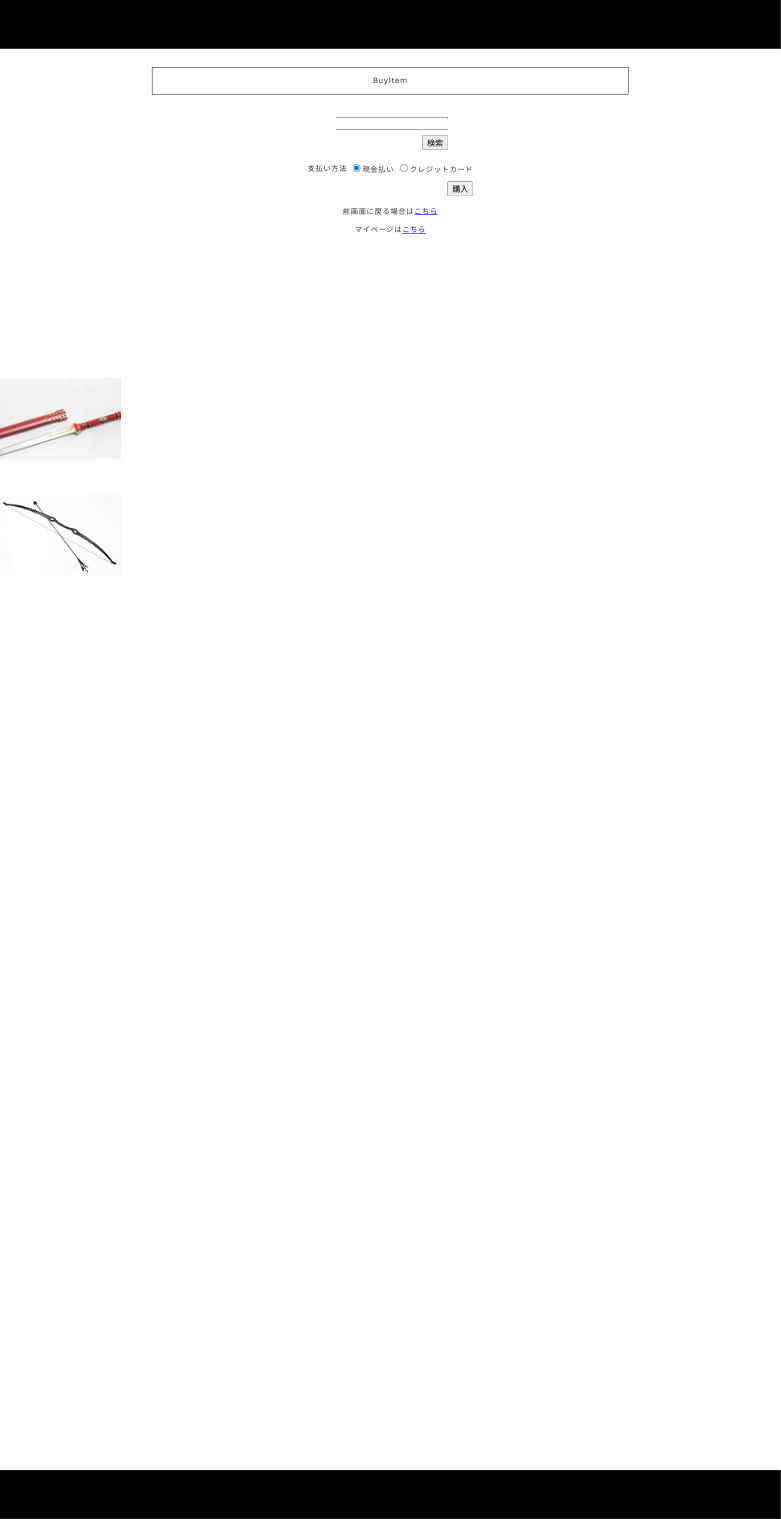
Repository: kanav0208/test
Page: http://localhost/ecsite/buyItem.jsp
These files come from the project's save history. The page is drawn as it stood at one moment and after the next save; the edit follows.
The browser window is 1280 px wide. The pictures show the whole page, at 61% of full size.
The page is served by Tomcat 9.

Above is the page before, as saved 2018-02-27 06:55:19.

After the next save:
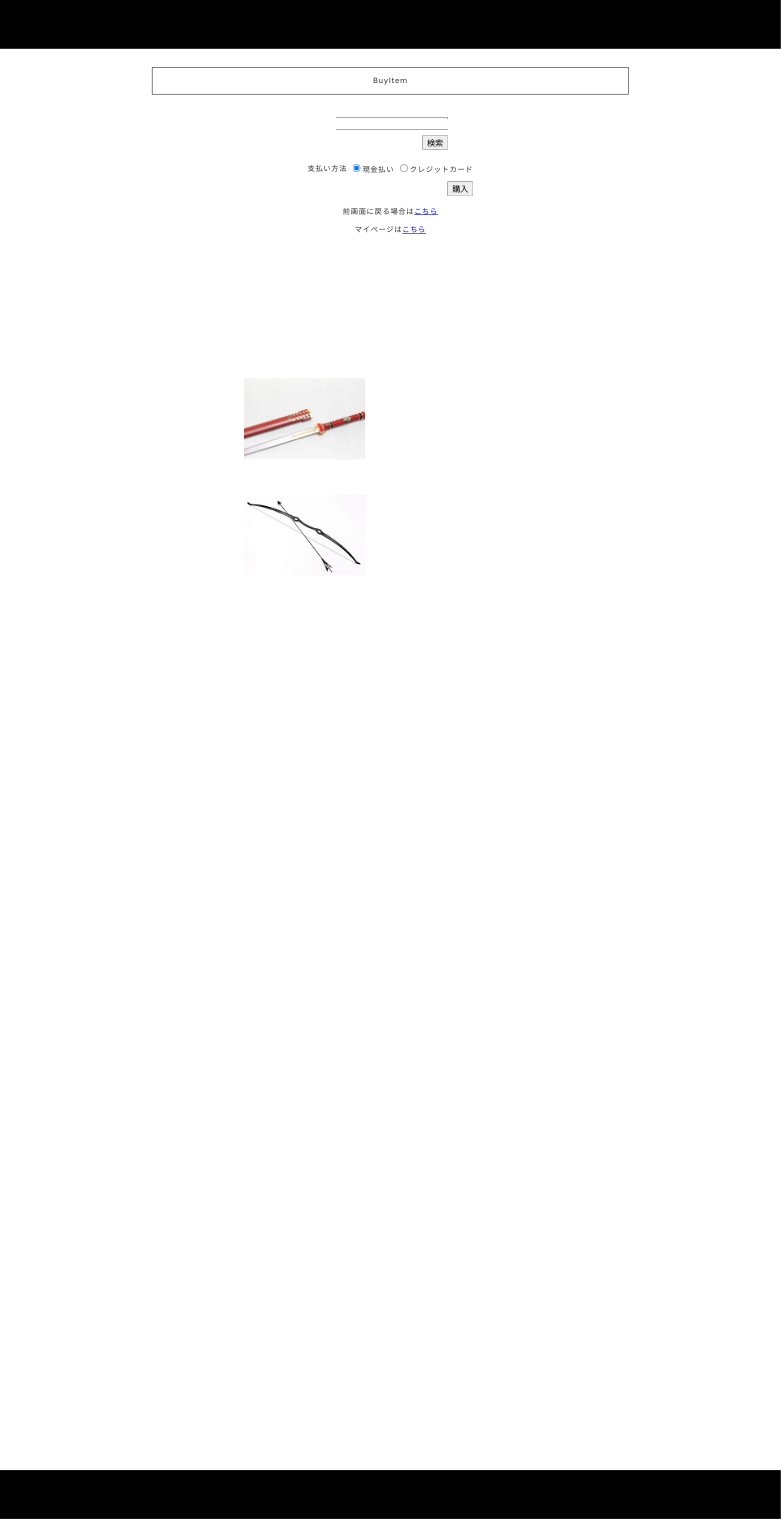
Saved 25 s later.
--- a/ecsite/WebContent/buyItem.jsp
+++ b/ecsite/WebContent/buyItem.jsp
@@ -77,7 +77,7 @@
 
     height:100px;
 
-    margin-right: 400px;
+    margin-left: 400px;
 
 
 
